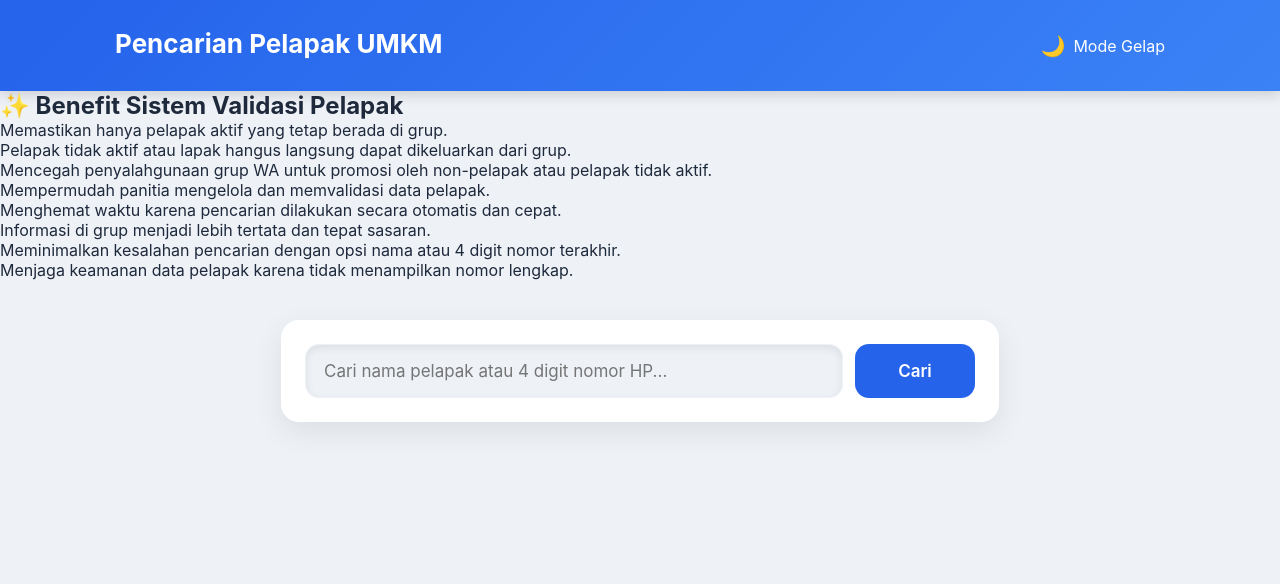
Repository: pasarrakyatbak/ceklapak
Page: index.html
The author's editor kept a copy of each file at every save. The page is drawn from the files as they stood at one save, then again after the next save.
The browser window is 1280 px wide. The pictures show the whole page.

Above is the page before, as saved 2025-11-19 06:43:20.

After the next save:
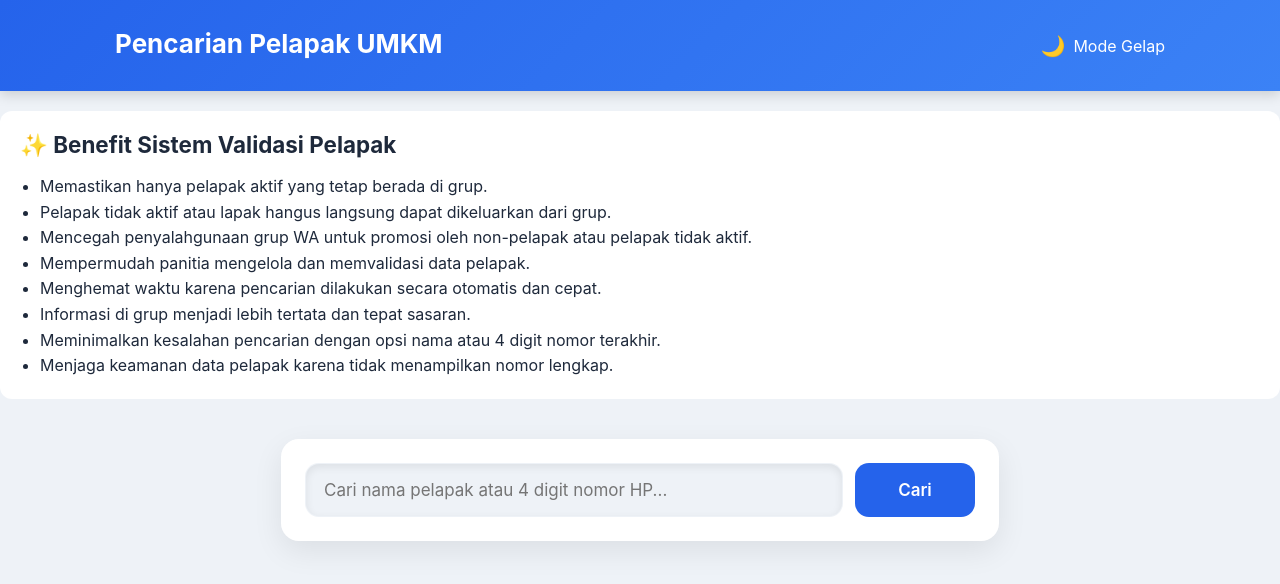
Saved 7 s later.
--- a/style.css
+++ b/style.css
@@ -178,6 +178,25 @@ main {
     color: var(--muted);
 }
 
+.benefit-section {
+    margin: 20px 0;
+    padding: 20px;
+    background: var(--card);
+    border-radius: 12px;
+    box-shadow: var(--shadow);
+}
+
+.benefit-section h2 {
+    margin-bottom: 15px;
+    font-size: 1.4rem;
+}
+
+.benefit-list {
+    list-style: disc;
+    margin-left: 20px;
+    line-height: 1.6;
+}
+
 /* === BADGE STYLING === */
 .badge {
     display: inline-block;
